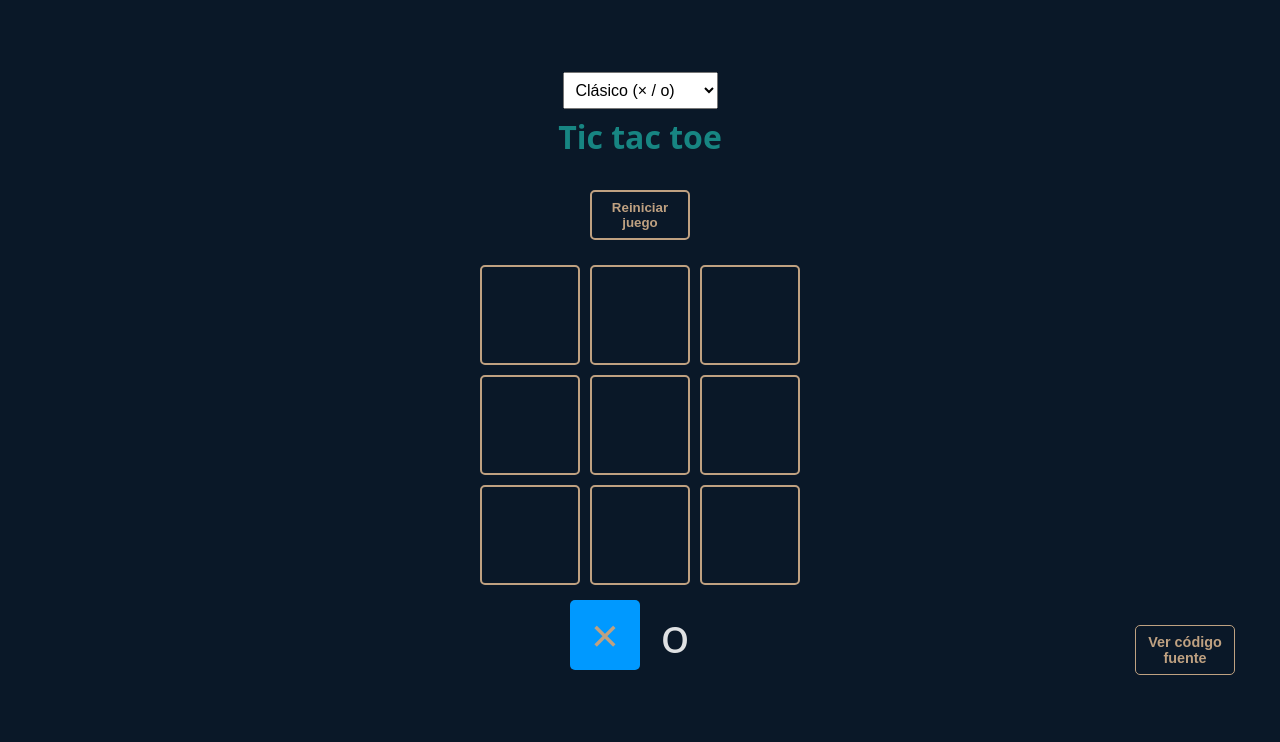
Repository: JoyMoGas/Simulacion
Page: / (app in 02-tic-tac-toe/)
An editor plug-in stored every save of this project. The page is shown before and after the next save, followed by the edit.
The browser window is 1280 px wide. The pictures show the whole page.
The project was rebuilt for these pictures with package versions that can differ from the ones it lists, and the page was loaded fresh each time. Also part of the build but not shown: 02-tic-tac-toe/vite.config.js, 02-tic-tac-toe/src/components/WinnerModal.jsx.

Above is the page before, as saved 2025-04-29 20:57:37.

After the next save:
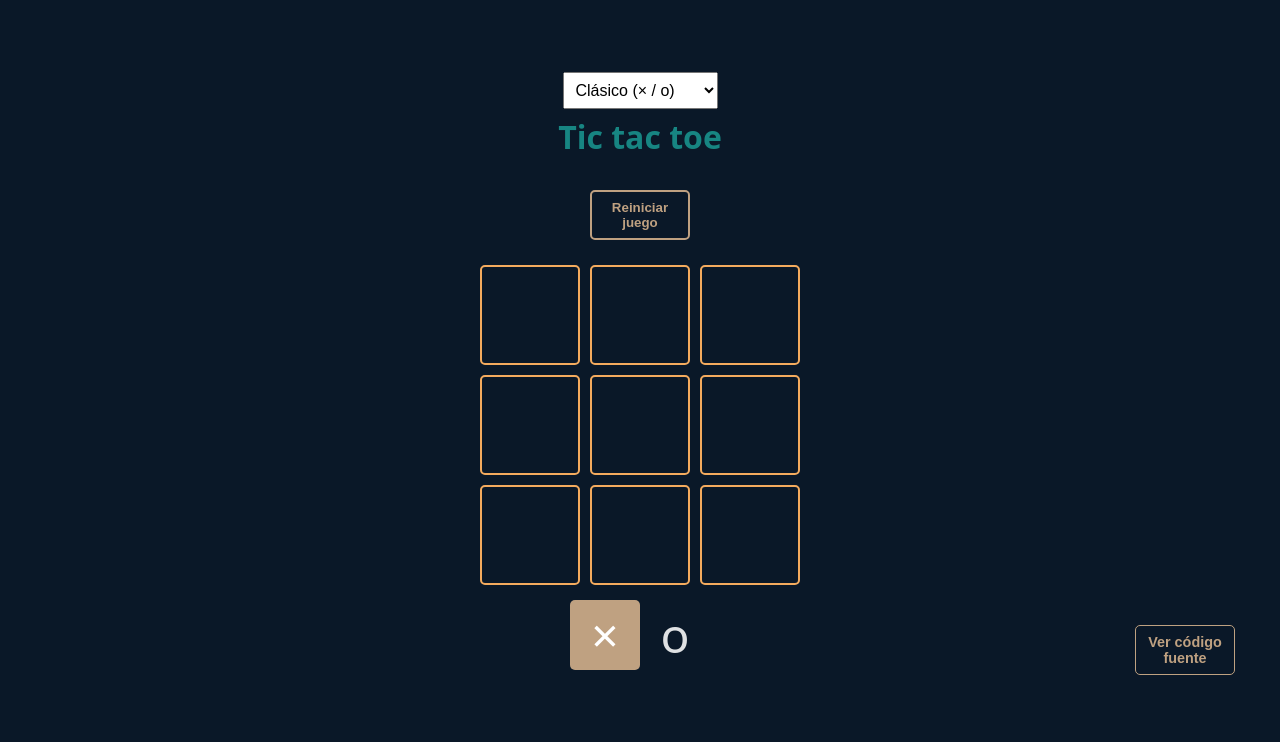
Saved 3 min 10 s later.
--- a/02-tic-tac-toe/src/index.css
+++ b/02-tic-tac-toe/src/index.css
@@ -82,8 +82,8 @@ body {
 }
 
 .square.is-selected {
-  color: #BFA181;
-  background: #09f;
+  color: #fff;
+  background: #BFA181;
 }
 
 .winner {
@@ -98,10 +98,10 @@ body {
 }
 
 .winner .text {
-  background: #111;
+  background: #0a1828b8;
   height: 300px;
   width: 320px;
-  border: 2px solid #eee;
+  border: 2px solid #f4ab5e;
   border-radius: 10px;
   display: flex;
   flex-direction: column;
@@ -121,7 +121,7 @@ body {
 .square {
   width: 100px;
   height: 100px;
-  border: 2px solid #BFA181;
+  border: 2px solid #f4ab5e;
   border-radius: 5px;
   display: grid;
   place-items: center;
